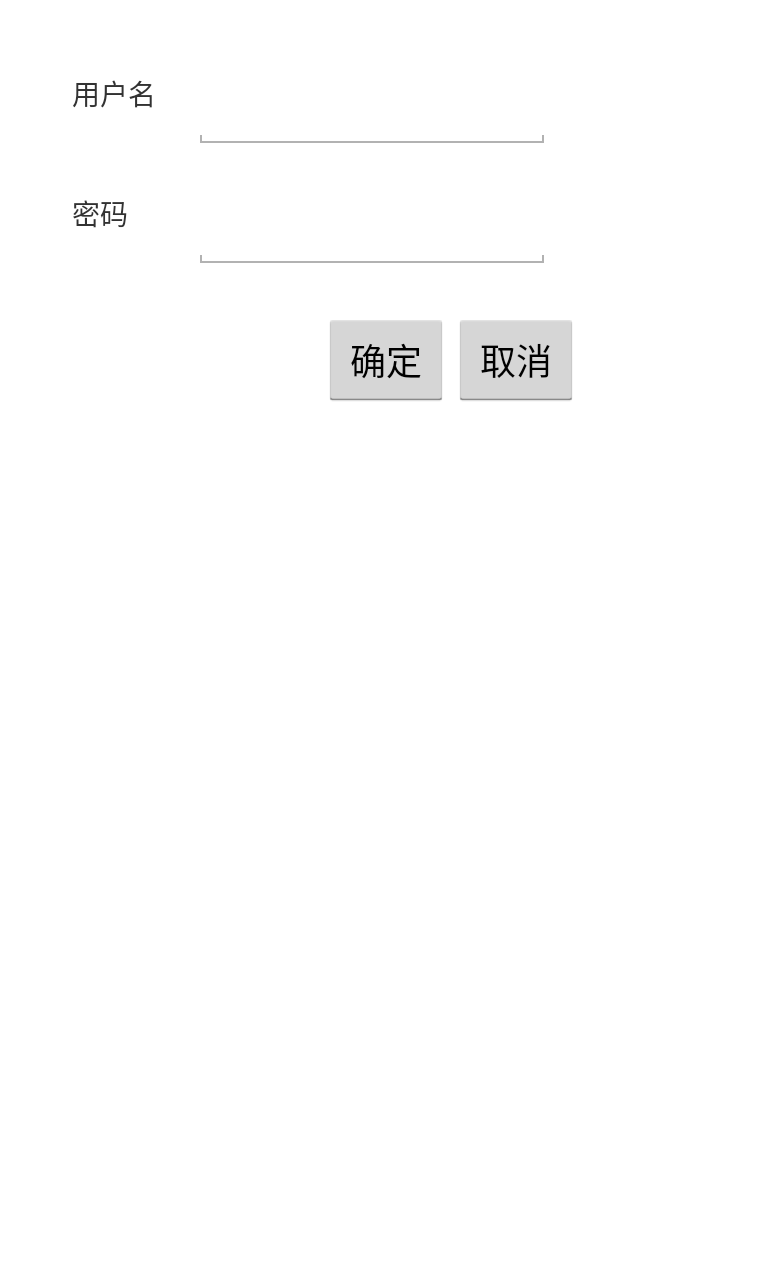
Repository: ShigerD/AndroidSample
Layout: Sample/Sample3/Sample3_5/Sample3_5/res/layout/activity_main.xml
The author's editor kept a copy of each file at every save. The layout is drawn from the files as they stood at one save, then again after the next save.
It is drawn on a 768 x 1280 px phone screen (xhdpi) without system bars, with theme AppTheme; the app's code is not run.

Above is the layout before, as saved 2016-08-17 05:11:07.

### Sample/Sample3/Sample3_5/Sample3_5/res/layout/activity_main.xml
<AbsoluteLayout android:id="@+id/Absolute01"
    xmlns:android="http://schemas.android.com/apk/res/android"
    xmlns:tools="http://schemas.android.com/tools"
    android:layout_width="match_parent"
    android:layout_height="match_parent"
    android:paddingBottom="@dimen/activity_vertical_margin"
    android:paddingLeft="@dimen/activity_horizontal_margin"
    android:paddingRight="@dimen/activity_horizontal_margin"
    android:paddingTop="@dimen/activity_vertical_margin"
    tools:context="com.example.sample3_5.MainActivity" >

    <TextView
        android:layout_x="20dip" android:layout_y="20dip"
        android:layout_width="wrap_content"  android:layout_height="wrap_content"
        android:id="@+id/Text01" android:text="@string/uid" />

        <TextView
        android:layout_x="20dip" android:layout_y="80dip"
        android:layout_width="wrap_content"  android:layout_height="wrap_content"
        android:id="@+id/Text02" android:text="@string/pwd" />

        <EditText
            android:id="@+id/EditText1"
            android:layout_width="180dip"  android:layout_height="wrap_content"
            android:layout_x="80dip" android:layout_y="20dip"
          >
           </EditText>

       <EditText
            android:id="@+id/editText2"
              android:layout_x="80dip" android:layout_y="80dip"
            android:layout_width="180dip"  android:layout_height="wrap_content"
            android:password="true"
            >
        </EditText>

       <Button
           android:id="@+id/button1"
           android:layout_width="wrap_content"
           android:layout_height="wrap_content"
           android:layout_x="145dp"
           android:layout_y="140dp"
           android:text="@string/ok"/>

       <Button
           android:id="@+id/button2"
           android:layout_width="wrap_content"
           android:layout_height="wrap_content"
           android:layout_x="210dp"
           android:layout_y="140dp"
           android:text="@string/cancel" />

</AbsoluteLayout>

### Sample/Sample3/Sample3_5/Sample3_5/res/values/strings.xml
<?xml version="1.0" encoding="utf-8"?>
<resources>

    <string name="app_name">Sample3_5</string>
    <string name="hello_world">Hello world!</string>
    <string name="action_settings">Settings</string>
     <string name="uid">用户名</string>
     <string name="pwd">密码</string>
     <string name="cancel">取消</string>
     <string name="ok">确定</string>
</resources>

Loaded but not shown: Sample/Sample3/Sample3_5/Sample3_5/res/values/styles.xml (common file); Sample/Sample3/Sample3_5/Sample3_5/res/values-v11/styles.xml (common file); Sample/Sample3/Sample3_5/Sample3_5/res/values-v14/styles.xml (common file); Sample/Sample3/Sample3_5/Sample3_5/res/values/dimens.xml (common file); Sample/Sample3/Sample3_5/Sample3_5/res/values-w820dp/dimens.xml (common file)

After the next save:
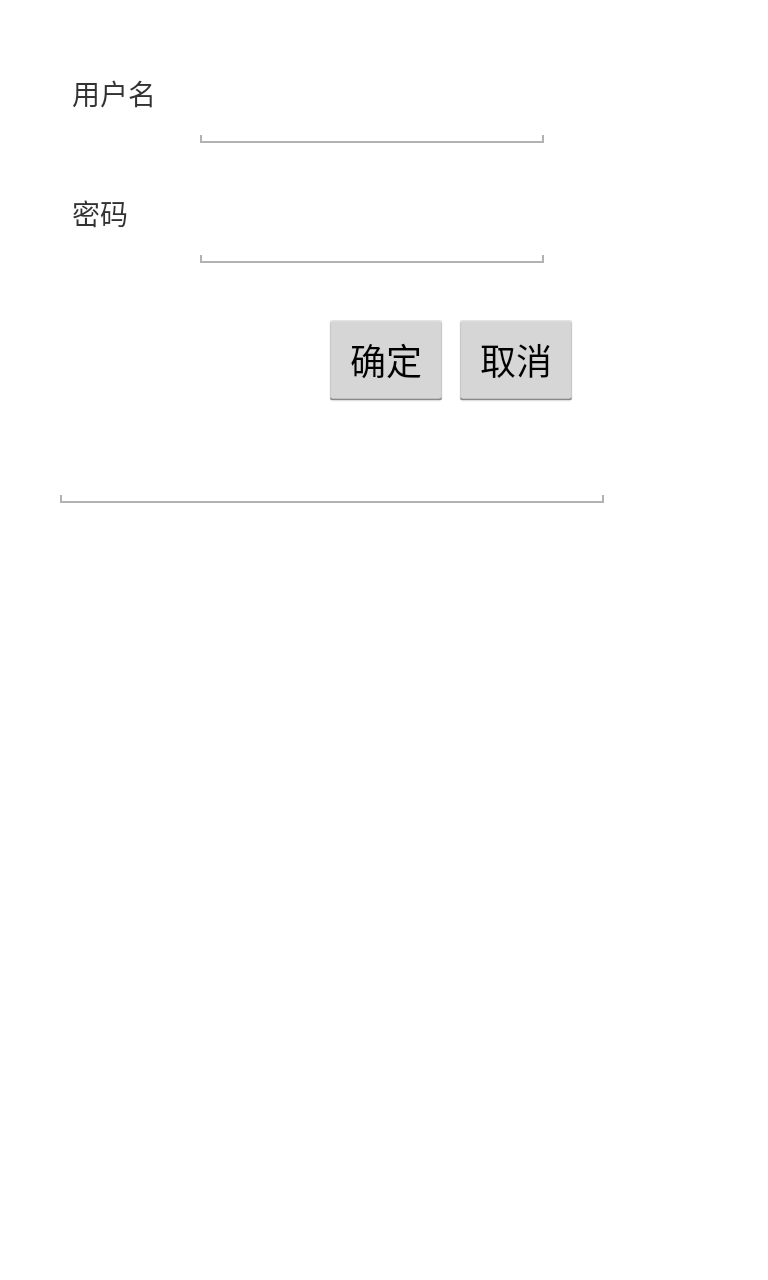
Saved 6 min 55 s later.
--- a/Sample/Sample3/Sample3_5/Sample3_5/res/layout/activity_main.xml
+++ b/Sample/Sample3/Sample3_5/Sample3_5/res/layout/activity_main.xml
@@ -49,5 +49,22 @@
            android:layout_x="210dp"
            android:layout_y="140dp"
            android:text="@string/cancel" />
+       <ScrollView
+           android:layout_x="10dip"
+           android:layout_y="200dip"
+           android:layout_width="280dip"
+           android:layout_height="150dip"
+           android:id="@+id/Scroll01"
+           >
+
+           <EditText
+               android:id="@+id/editText3"
+               android:layout_width="match_parent"
+               android:layout_height="wrap_content"
+               android:layout_gravity="top">
+
+           </EditText>
+
+       </ScrollView>
 
 </AbsoluteLayout>
